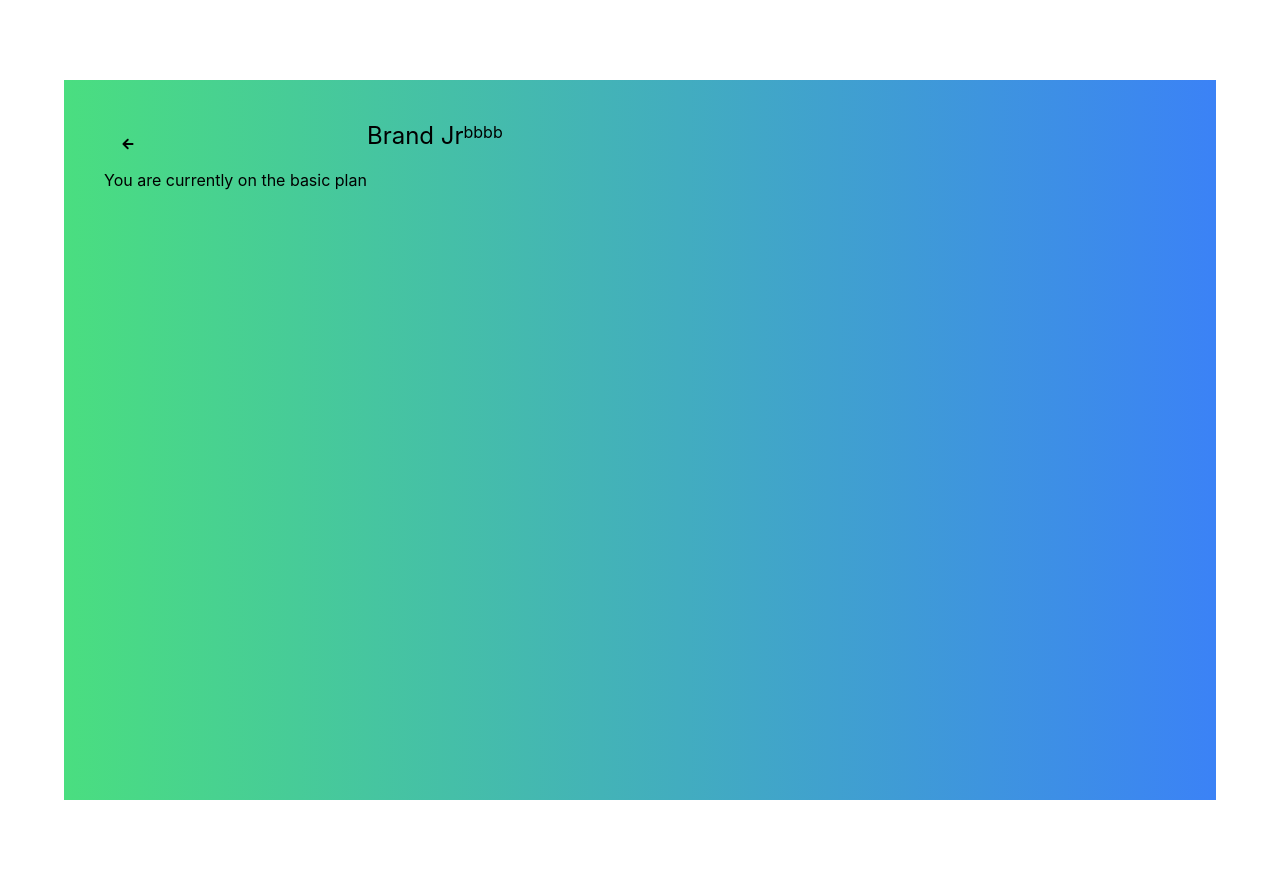
Repository: brandford7/music-player
Page: /subscription
The author's editor kept a copy of each file at every save. The page is drawn from the files as they stood at one save, then again after the next save.
The browser window is 1280 px wide. The pictures show the whole page.
The project was rebuilt for these pictures with package versions that can differ from the ones it lists, and the page was loaded fresh each time. The framework's server and built-in components were replaced by stand-ins that run in the browser. Also part of the build but not shown: next.config.js, components/Sidebar.jsx, components/MusicButton.jsx, components/MusicCard.jsx, components/SongList.jsx, components/PlaylistComponent.jsx, components/LibraryComponent.jsx.

Above is the page before, as saved 2022-11-19 11:44:55.

### pages/subscription.js
import React from "react";
import { SubscriptionComponent } from "../components";

const Subscription = () => {
  return (
    <div className="flex mx-auto max-w-6xl my-20 space-x-10 h-screen p-10 bg-gradient-to-r from-green-400 to-blue-500">
      <SubscriptionComponent />
    </div>
  );
};

export default Subscription;

### styles/globals.css
@tailwind base;
@tailwind components;
@tailwind utilities;



html,
body {
  padding: 0;
  margin: 0;
  font-family: -apple-system, BlinkMacSystemFont, Segoe UI, Roboto, Oxygen,
    Ubuntu, Cantarell, Fira Sans, Droid Sans, Helvetica Neue, sans-serif;
}

a {
  color: inherit;
  text-decoration: none;
}

* {
  box-sizing: border-box;
}

@media (prefers-color-scheme: dark) {
  html {
    color-scheme: dark;
  }
  body {
    color: white;
    background: black;
  }
}

### components/index.js
export { default as Sidebar } from './Sidebar';
export { default as UserAvatar } from './UserAvatar';
export { default as MusicCard } from './MusicCard';
export { default as MusicButton } from './MusicButton';
export { default as SongList } from './SongList';
export { default as PlaylistComponent } from './PlaylistComponent';
export { default as LibraryComponent } from './LibraryComponent';
export { default as SubscriptionComponent} from './SubscriptionComponent';

### components/UserAvatar.jsx
import React from "react";

const UserAvatar = ({ image, name, subscription }) => {
  return (
    <div className="flex flex-col ">
      <img src={image} alt="" />
      <h2 className="text-2xl">{name}</h2>
      <p className="text-gray-600 text-xl"> {subscription}</p>
    </div>
  );
};

export default UserAvatar;

### components/SubscriptionComponent.jsx
import React from "react";
import { IoMdArrowRoundBack } from "react-icons/io";
import { useRouter } from "next/router";
import UserAvatar from "./UserAvatar";

const SubscriptionComponent = () => {
  const router = useRouter();

  return (
    <div>
      <section className="flex">
        <section>
          <div className="m-4 cursor-pointer" onClick={() => router.back()}>
            <IoMdArrowRoundBack />
          </div>
          <h1>You are currently on the basic plan</h1>
        </section>
        <section className="flex justify-end">
          <UserAvatar name='Brand Jr' />bbbb
        </section>
      </section>
    </div>
  );
};

export default SubscriptionComponent;

Loaded but not shown: pages/_app.js (common file); tailwind.config.js (common file)

After the next save:
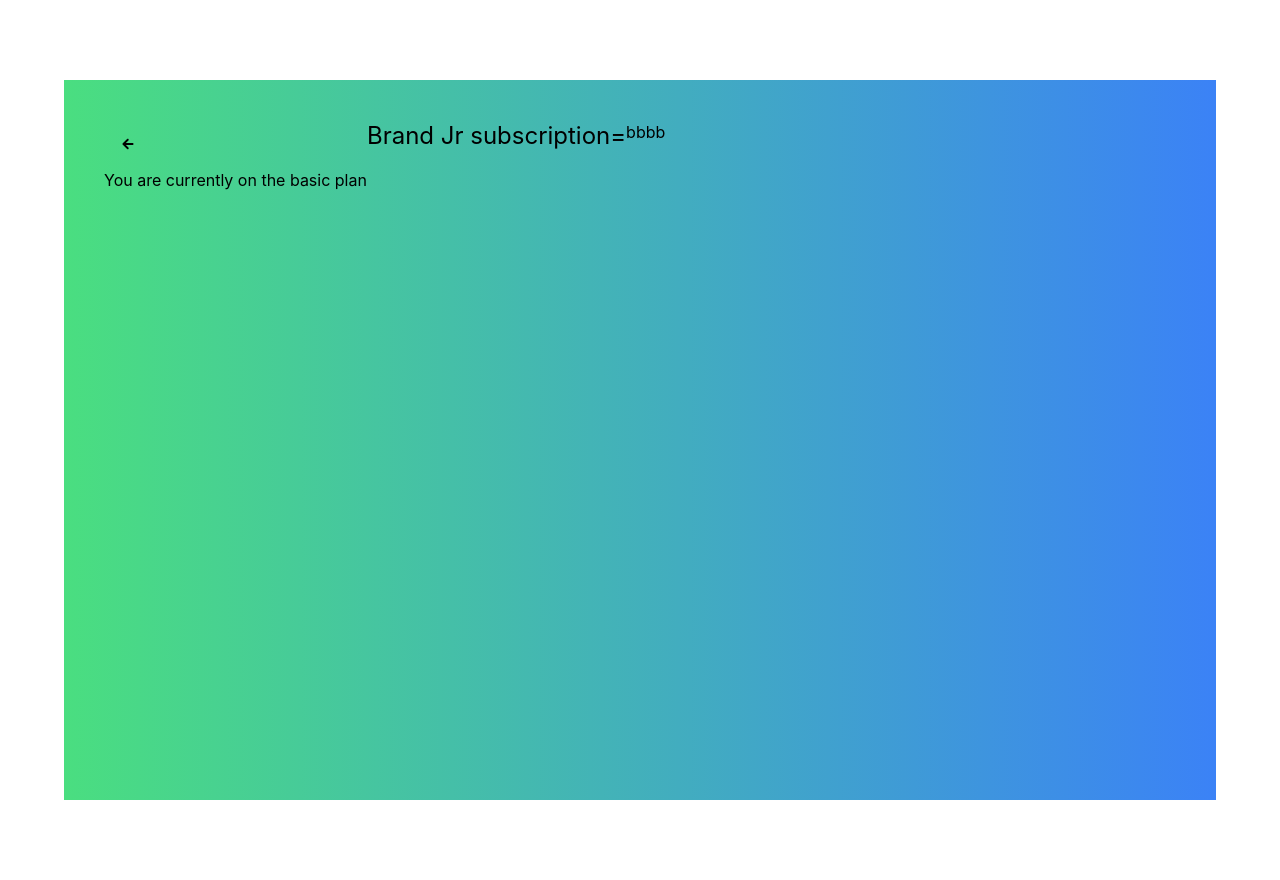
Saved 6 s later.
--- a/components/SubscriptionComponent.jsx
+++ b/components/SubscriptionComponent.jsx
@@ -16,7 +16,7 @@ const SubscriptionComponent = () => {
           <h1>You are currently on the basic plan</h1>
         </section>
         <section className="flex justify-end">
-          <UserAvatar name='Brand Jr' />bbbb
+          <UserAvatar name='Brand Jr subscription=' />bbbb
         </section>
       </section>
     </div>
